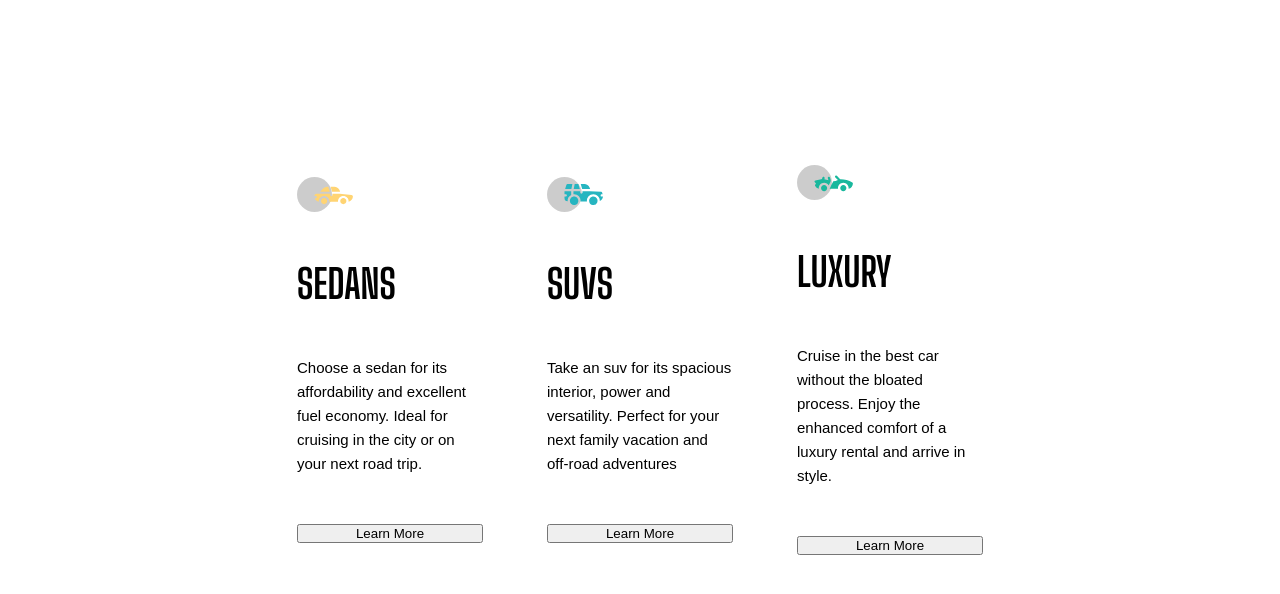
Repository: UnegbuAbigail/3-columns-cards
Page: index.html
An editor plug-in stored every save of this project. The page is shown before and after a run of saves, followed by the edit.
The browser window is 1280 px wide. The pictures show the whole page.

Above is the page before, as saved 2024-08-03 14:28:12.

After the next 6 saves:
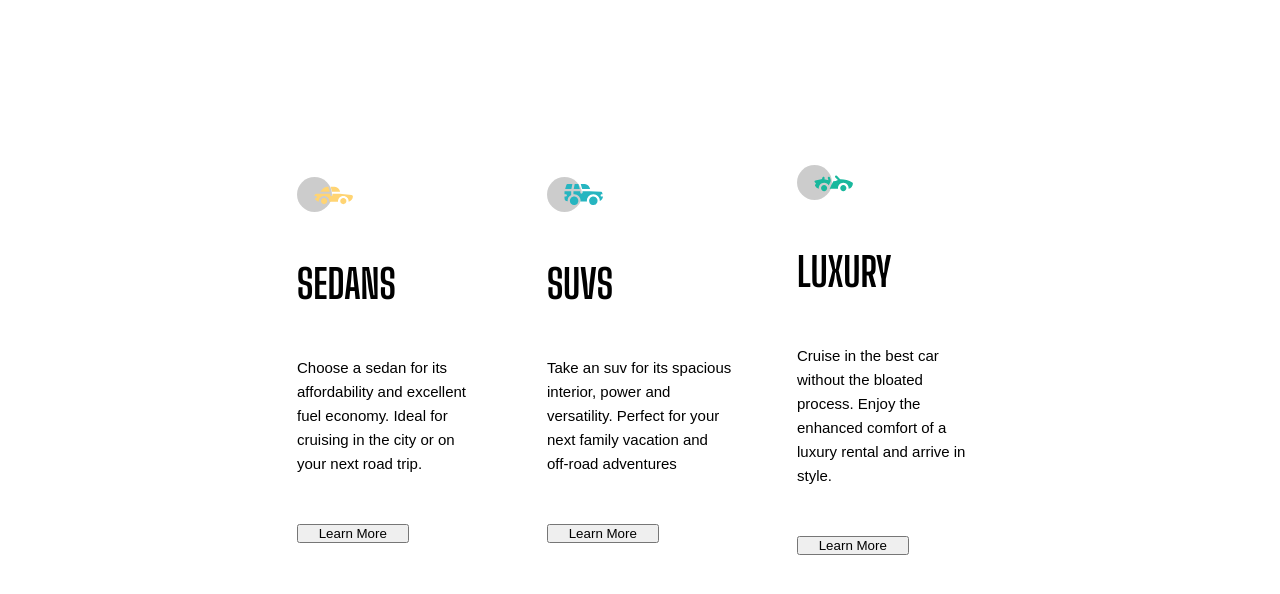
The 6 saves are shown as one change because they came seconds apart.
The last was saved 29 s later.
--- a/style.css
+++ b/style.css
@@ -73,5 +73,6 @@ p{
 }
 
 button{
-
+    width: 60%;
+    height: ;
 }
